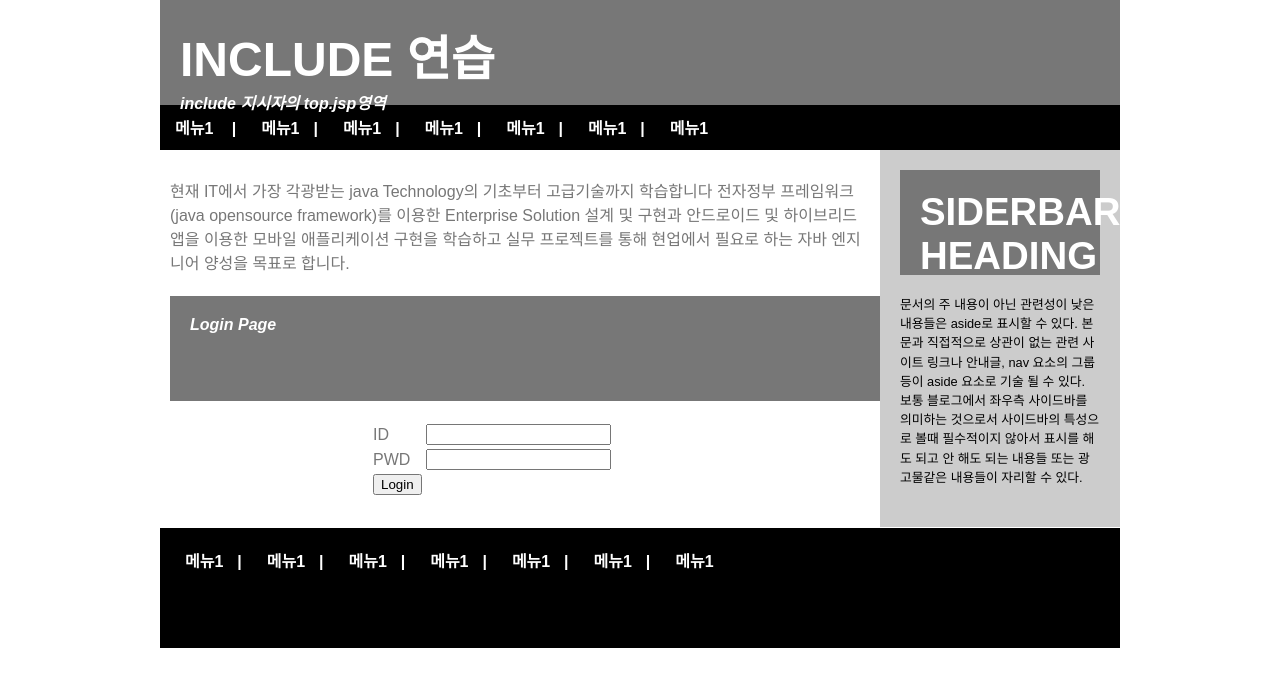
Repository: dev-sean/kosta
Page: http://localhost/jsp_1105_mybatis/ex2_sample.jsp
An editor plug-in stored every save of this project. The page is shown before and after the next save, followed by the edit.
The browser window is 1280 px wide. The pictures show the whole page.
Some web libraries are served in a nearby version. The page is served by Tomcat 9.

Above is the page before, as saved 2014-11-04 02:08:24.

After the next save:
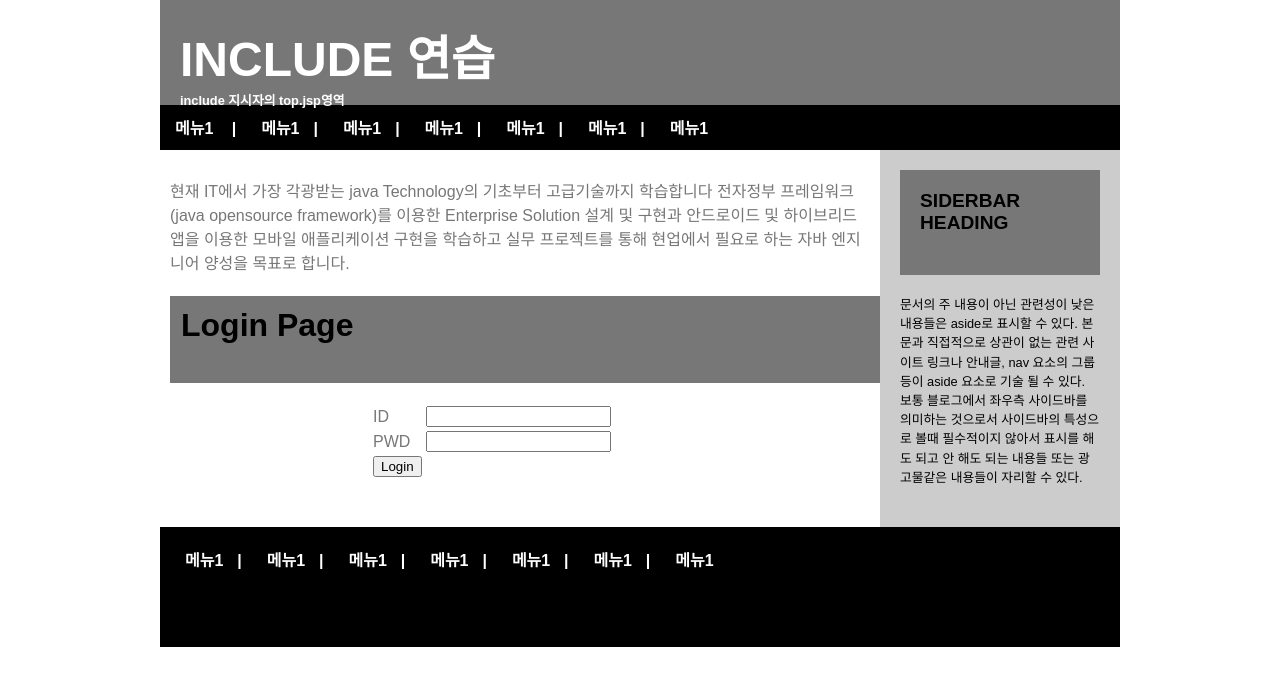
Saved 18 s later.
--- a/jsp/jsp_1105_mybatis/WebContent/style/style.css
+++ b/jsp/jsp_1105_mybatis/WebContent/style/style.css
@@ -1,5 +1,4 @@
 @CHARSET "EUC-KR";
-
 html, body, div, h1, h2, h3, h4, h5, h6, p {
 	margin: 0;
 	padding: 0;
@@ -20,7 +19,9 @@ p {
 	margin-bottom: 20px;
 	line-height: 150%;
 }
+.hd h1{
 
+}
 header {
 	background: #777;
 	padding: 20px;
@@ -28,28 +29,29 @@ header {
 	clear: both;
 }
 
-h1 {
+body header  h1 {
 	font-size: 3.0em;
 	text-transform: uppercase;
 	color: #fff;
 }
 
-h2 {
-	font-size: 1.0em;
+body header  h2 {
+	font-size: 0.8em;
 	color: #fff;
-	font-style: italic;
+
 }
 
-nav {
+body nav {
 	height: 25px;
 	padding: 10px;
 	background: #000;
 	color: #FFFFFF;
 	font-weight: bold;
 	clear: both;
+	-moz-border-radius: 20px 0px;
 }
 
-nav ul {
+body nav ul {
 	padding: 0;
 	margin: 0;
 	list-style: none;
@@ -87,32 +89,32 @@ article {
 	float: left;
 }
 
-#header2 {
+article header {
 	border: 1px dashed #777;
 	padding: 10px;
 }
 
-#header2 h1 {
+article header h2 {
 	color: #000;
 	font-size: 2em;
 }
 
-p#time {
+time {
 	font-size: 0.7em;
 	margin-top: 0px;
 	margin-bottom: 0px;
 }
 
-#footer3 {
+article section footer {
 	border: 1px dashed #777;
 	padding: 10px;
 }
 
-#footer1, #footer2 {
+article>footer {
 	font-style: italic;
 }
 
-#figure {
+figure {
 	margin: 0 auto;
 	padding: 20px;
 	width: 500px;
@@ -121,7 +123,7 @@ p#time {
 	clear: both;
 }
 
-#figure img {
+figure img {
 	padding: 10px;
 	margin: 0 auto;
 }
@@ -135,7 +137,7 @@ aside {
 	font-size: 0.8em;
 }
 
-aside #header5 h1 {
+aside header h1 {
 	font-size: 1.5em;
 	color: #000;
 }
